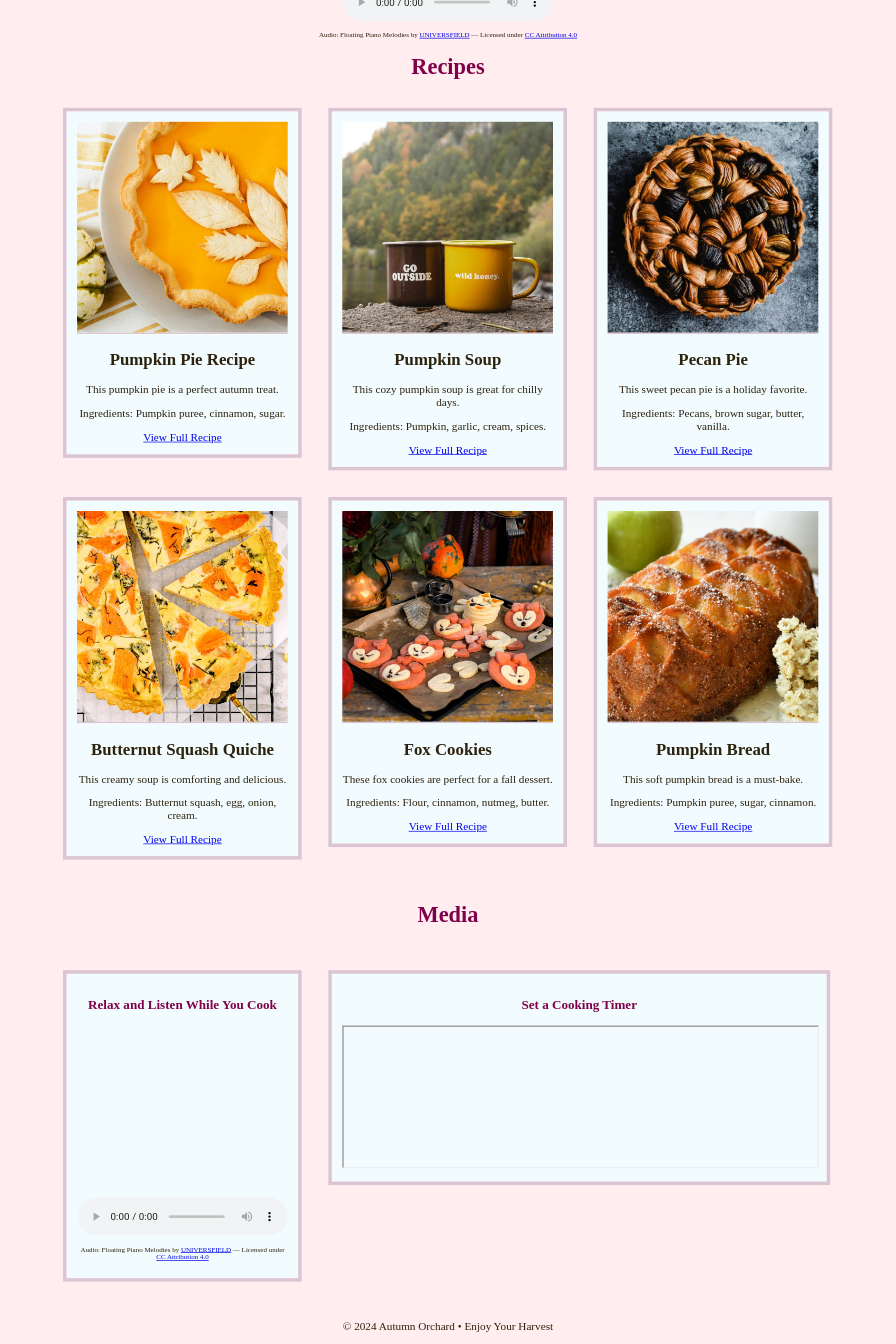
Repository: Brittany-Westlund/MART341-WebDesign
Page: WebDesignHomework/Assignment8/recipes.html
These files come from the project's save history. The page is drawn as it stood at one moment and after the next save; the edit follows.
The browser window is 1280 px wide. The pictures show the part of the page from y = 1010 to 2930 px (the page is 2930 px tall before and 2830 px after), at 70% of full size.
Pictures or frames that could not be fetched are drawn as grey boxes.

Above is the page before, as saved 2024-10-13 14:20:36.

After the next save:
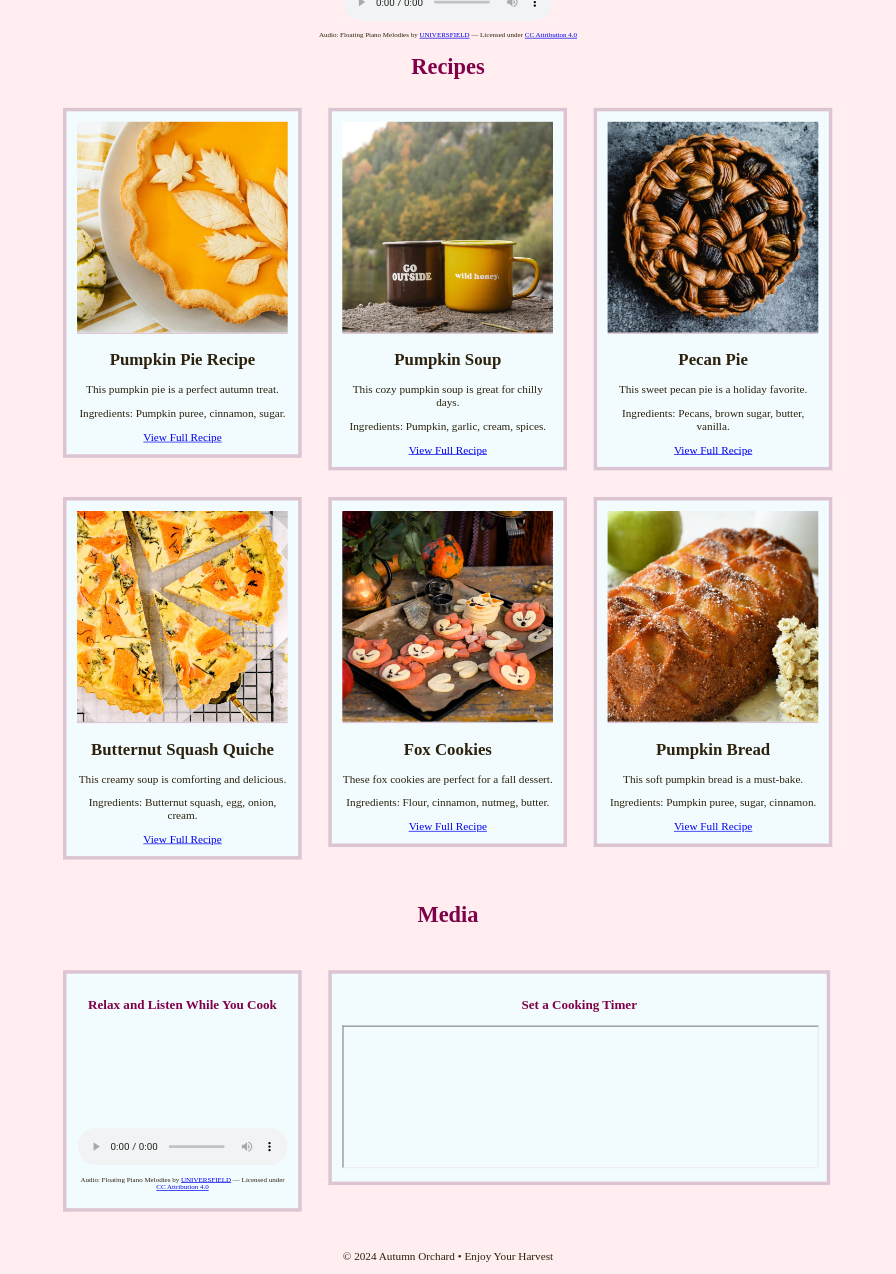
Saved 14 s later.
--- a/WebDesignHomework/Assignment8/recipes.html
+++ b/WebDesignHomework/Assignment8/recipes.html
@@ -166,7 +166,7 @@
     <!-- Audio element -->
     <div class="media-item audio-section">
         <h3>Relax and Listen While You Cook</h3>
-        <audio controls loop style="height: 300px;">
+        <audio controls loop style="height: 200px;">
             <source src="audio/floating-piano-melodies.mp3" type="audio/mpeg">
             Your browser does not support the audio element.
         </audio>
